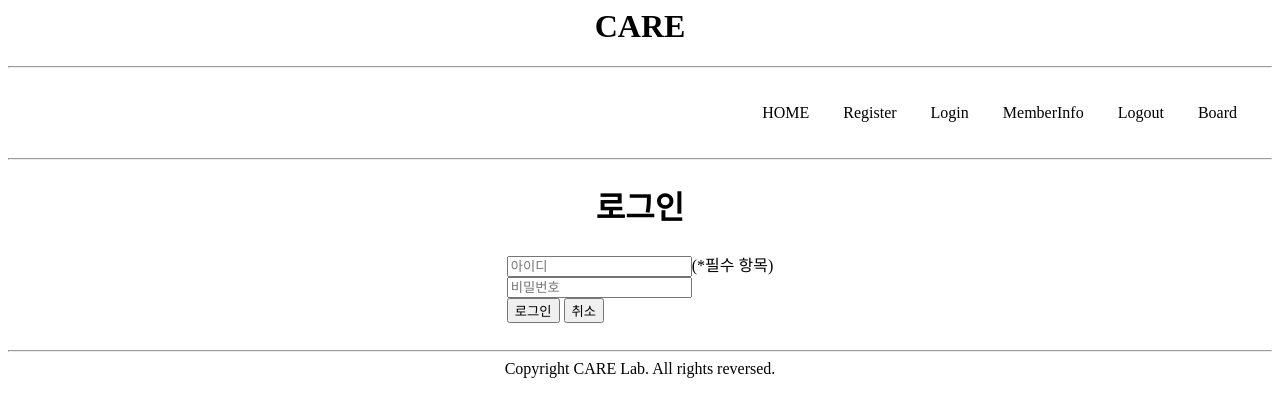
Repository: qldfhr123/Learned_collection
Page: http://localhost/jspExam/jstl/login.jsp
These files come from the project's save history. The page is drawn as it stood at one moment and after the next save; the edit follows.
The browser window is 1280 px wide. The pictures show the whole page.
The page is served by Tomcat 9. Other server files are loaded and not shown.

Above is the page before, as saved 2023-06-26 07:27:48.

### java_workplace/java_workplace/jspExam/src/main/webapp/jstl/login.jsp
<%@ page language="java" contentType="text/html; charset=UTF-8"
    pageEncoding="UTF-8"%>
<%@ include file = "/session_quiz/header.jsp" %>
	<%//session_quiz/header.jsp 절대경로 지정할수있다 %>

	<div align="center">
		<h1>로그인</h1>
		<table><tr><td>
		<form action="loginService.jsp" method="post" id="f">

			<input type="text" name="id"placeholder="아이디" id="id">(*필수 항목)<br>
			<input type="password" name="pw"placeholder="비밀번호" id="pw"><br>

			<input type="submit" value="로그인" > <%// 클릭시 함수 호출 %>
			<input type="button" value="취소" onclick="laction.href='index.jsp'"><br>

		</form>
		</td></tr></table>
	</div>

	<%@ include file = "footer.jsp" %>

### java_workplace/java_workplace/jspExam/src/main/webapp/session_quiz/header.jsp
<%@ page language="java" contentType="text/html; charset=UTF-8"
    pageEncoding="UTF-8"%>

    <style type="text/css">
    	a{text-decoration: none; color:black;}
    	ul{padding: 20px;}
    	ul li{display: inline; padding: 15px;}
    	.main_div{height: 150px; padding-top: 80px;}
    	.button{padding-top: 15px;}

    	<%
    		// #=id  .=class
    		// index 실행시 include 파일을 가져와서 header에 작성가능
    		//보통 class로 스타일 작성

    	%>
    </style>
   <script src="/jsp_exam/session_quiz/session_quiz.js">/** 어디에 작성해도 상관없다 */</script>
   <div align ="center">
  	 <h1>CARE</h1>
   </div>

	<div align ="right">

			<hr>
				<ul>
					<%//패키지가 달라서 링크를 직접수정 %>
					<li><a href="/jsp_exam/session_quiz/index.jsp">HOME</a></li>
					<li><a href="/jsp_exam/session_quiz/register.jsp">Register</a></li>
					<li><a href="/jsp_exam/session_quiz/login.jsp">Login</a></li>
					<li><a href="/jsp_exam/session_quiz/memberInfo.jsp">MemberInfo</a></li>
					<li><a href="/jsp_exam/session_quiz/logout.jsp">Logout</a></li>
					<li><a href="/jsp_exam/session_board/boardWrite.jsp">Board</a></li>
				</ul>
			<hr>

	</div>

### java_workplace/java_workplace/jspExam/src/main/webapp/jstl/footer.jsp
<%@ page language="java" contentType="text/html; charset=UTF-8"
    pageEncoding="UTF-8"%>
<div align ="center">

		<hr>
		Copyright CARE Lab. All rights reversed.

</div>

### java_workplace/java_workplace/jspExam/src/main/webapp/session_quiz/session_quiz.js
/** 함수들 나열 */

 function allCheck() {
			var id = document.getElementById('id');
			/** div 안에 있는 id값을 가져온다 */
			var pw = document.getElementById('pw');
			var confirm = document.getElementById('confirm');
			var userName = document.getElementById('userName');

			if(id.value == ""){
				alert('아이디는 필수 항목입니다.');
			}
			else if(pw.value == ""){
				alert('비밀번호는 필수 항목입니다.');
			}
			else if(confirm.value == ""){
				alert('비밀번호 확인은 필수 항목입니다.');
			}
			else if(userName.value == ""){
				alert('이름은 필수 항목입니다.');
			}
			else{
				var f = document.getElementById('f');
				f.submit();
			}

		}

 function pwCheck() {
			pw = document.getElementById('pw');
			confirm = document.getElementById('confirm');
			label = document.getElementById('label');


			if(pw.value == confirm.value){
				label.innerHTML = '일치'
				/** 대소문자 지키는것이 좋다 */

			}
			else{
				label.innerHTML = '불일치'
			}
			/**window.alert('pwCheck 호출');*/
		}


 function loginCheck(){

	 		var id = document.getElementById('id');
			/** div 안에 있는 id값을 가져온다 */
			var pw = document.getElementById('pw');

			if(id.value == ""){
				alert('아이디는 필수 항목입니다.');
			}
			else if(pw.value == ""){
				alert('비밀번호는 필수 항목입니다.');
			}

			else{

				var f = document.getElementById('f');
				f.submit();
			}
}


function updateButton(){
			var id = document.getElementById('id');
			if( id.value == ''){
				alert('아이디는 필수로 입력 값이 있어야합니다.')
				return ;
			}
			//alert('아이디 : ' + id.value);

			var pw = document.getElementById('pw');
			if( pw.value == ''){
				alert('비밀번호는 필수로 입력 값이 있어야합니다.')
				return ;
			}
			var confirmPw = document.getElementById('confirmPw');
			if( pw.value != confirmPw.value){
				alert('두 비밀번호는 같은 비밀번호로 입력하세요.')
				return ;
			}

			var formRef = document.getElementById('f')
			formRef.submit();
		}

		function cancelButton(){
			location.href='index.jsp';
		}





		function board_loginCheck(){
			var id = document.getElementById('id');
			if( id.value == ''){
				alert('로그인 후 이용가능합니다')
				location.href='login.jsp';
			}
			else{
				location.href='/jsp_exam/session_board/writeForm.jsp';
			}
		}

		function titleC_contentC(){
			var title = document.getElementById('title');
			var content = document.getElementById('content');
			if(title.value == ''){
				alert('제목을 작성해주세요')
				retun;
			}
			if(content.value == ''){
				alert('내용을 작성해주세요')
				retun;
			}
		}

After the next save:
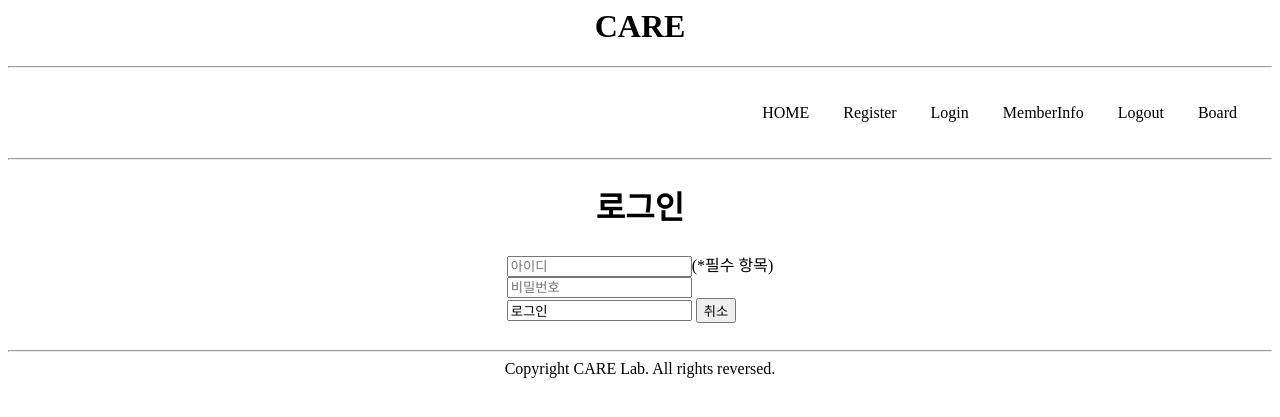
Saved 5 min 9 s later.
--- a/java_workplace/java_workplace/jspExam/src/main/webapp/jstl/login.jsp
+++ b/java_workplace/java_workplace/jspExam/src/main/webapp/jstl/login.jsp
@@ -11,7 +11,7 @@
 			<input type="text" name="id"placeholder="아이디" id="id">(*필수 항목)<br>
 			<input type="password" name="pw"placeholder="비밀번호" id="pw"><br>
 
-			<input type="submit" value="로그인" > <%// 클릭시 함수 호출 %>
+			<input type="suit" value="로그인" onclick="loginCheck()"> <%// 클릭시 함수 호출 %>
 			<input type="button" value="취소" onclick="laction.href='index.jsp'"><br>
 
 		</form>

After the save that followed:
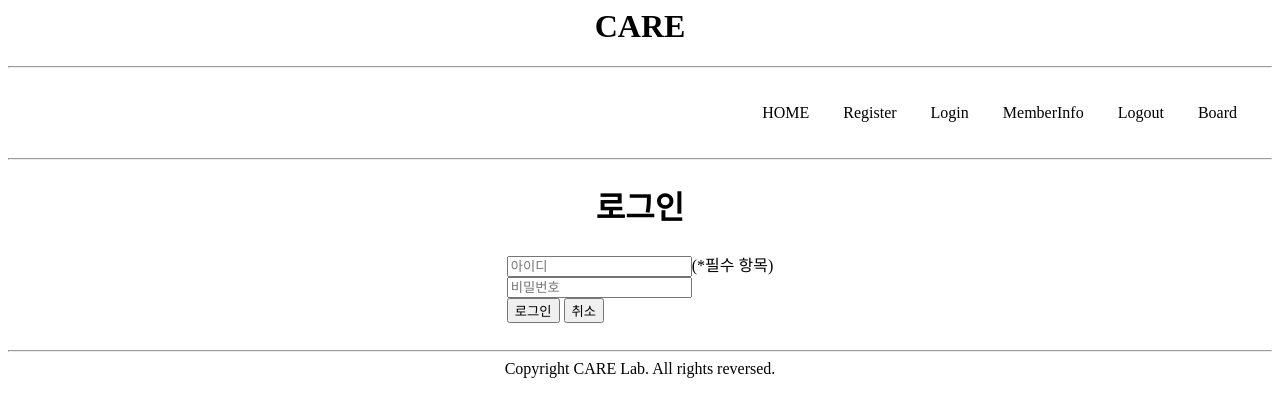
Saved 2 s later.
--- a/java_workplace/java_workplace/jspExam/src/main/webapp/jstl/login.jsp
+++ b/java_workplace/java_workplace/jspExam/src/main/webapp/jstl/login.jsp
@@ -11,7 +11,7 @@
 			<input type="text" name="id"placeholder="아이디" id="id">(*필수 항목)<br>
 			<input type="password" name="pw"placeholder="비밀번호" id="pw"><br>
 
-			<input type="suit" value="로그인" onclick="loginCheck()"> <%// 클릭시 함수 호출 %>
+			<input type="button" value="로그인" onclick="loginCheck()"> <%// 클릭시 함수 호출 %>
 			<input type="button" value="취소" onclick="laction.href='index.jsp'"><br>
 
 		</form>
